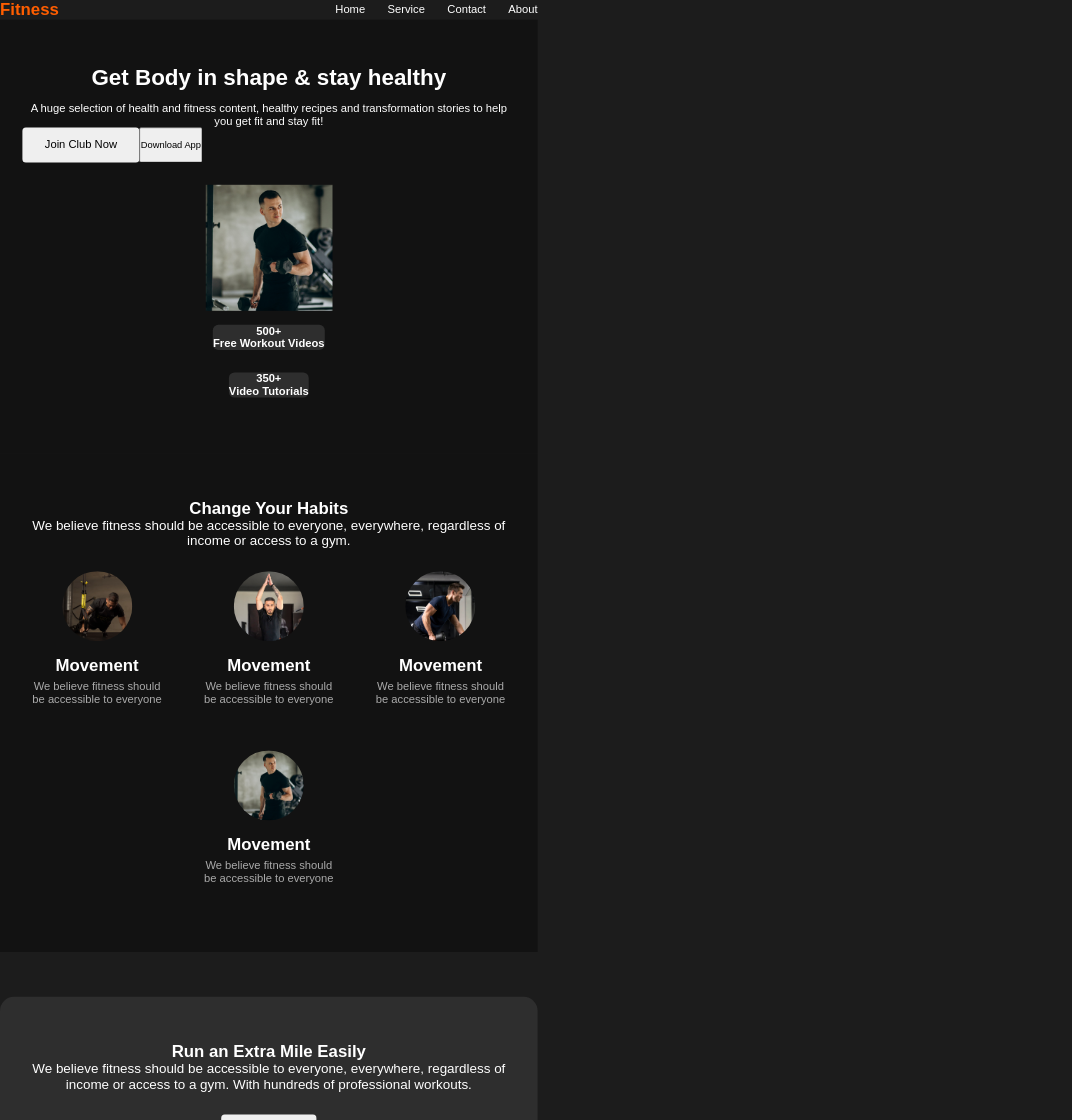
Repository: Aminul-Islam85/Assignment-2
Page: index.html
An editor plug-in stored every save of this project. The page is shown before and after the next save, followed by the edit.
The browser window is 768 px wide. The page is 1532 px wide, so the pictures cover 1532 px, including what lies to the right of the window. The pictures show the part of the page from y = 0 to 1600 px (the page is 7824 px tall before and 7829 px after), at 70% of full size.

Above is the page before, as saved 2024-10-23 17:17:24.

### index.html
<!DOCTYPE html>
<html lang="en">
<head>
    <meta charset="UTF-8">
    <meta name="viewport" content="width=device-width, initial-scale=1.0">
    <title>Fitness Website</title>
    <link rel="stylesheet" href="styles.css">
</head>
<body>

    <nav class="navbar">
        <h1 class="heading-text"></a>Fitness</h1>
        <ul class="nav-links">
            <li><a href="#"></a>Home</li>
            <li><a href="#"></a>Service</li>
            <li><a href="#"></a>Contact</li>
            <li><a href="#"></a>About</li>
        </ul>
        <div class="hamburger">
            <span></span>
            <span></span>
            <span></span>
        </div>
    </nav>

    <section class="hero">
        <div class="hero-content">
            <h1>Get Body in <span class="highlighted">shape</span> & stay healthy</h1>
            <p>A huge selection of health and fitness content, healthy recipes and transformation stories to help you get fit and stay fit!</p>
            <div class="hero-buttons">
                <button class="cta-btn join-btn"> Join Club Now</button>
                <button cta-btn download-btn>Download App</button>
            </div>
        </div>
        <div class="hero-image">
            <img src="images/image 5.png" alt="Trainer">
        </div>

        <div class="info-card workout-card">500+<br>Free Workout Videos</div>
        <div class="info-card tutorial-card">350+<br>Video Tutorials</div>
    </section>

    <section class="habits">
        <h1>Change Your Habits</h1>
        <p>We believe fitness should be accessible to everyone, everywhere, regardless of income or access to a gym.</p>
        <div class="habits-gallery">
            <div class="habit-item">
                <img src="images/image 3.png" alt="Movement">
                <h3>Movement</h3>
                <p>We believe fitness should be accessible to everyone</p>
            </div>
            <div class="habit-item">
                <img src="images/image 2.png" alt="Time">
                <h3>Movement</h3>
                <p>We believe fitness should be accessible to everyone</p>
            </div>
            <div class="habit-item">
                <img src="images/image 4.png" alt="Practice">
                <h3>Movement</h3>
                <p>We believe fitness should be accessible to everyone</p>
            </div>
            <div class="habit-item">
                <img src="images/image 5.png" alt="Wait Loss">
                <h3>Movement</h3>
                <p>We believe fitness should be accessible to everyone</p>
            </div>
        </div>

    </section>

    <section class="extra-mile">
        <div class="extra-mile-content">
            <h2>Run an Extra Mile Easily</h2>
            <p>We believe fitness should be accessible to everyone, everywhere, regardless of income or access to a gym. With hundreds of professional workouts.</p>
            <button class="cta-btn extra-mile-btn">Join NOW</button>
        </div>
        <div class="extra-mile-image">
            <img src="images/run.jpg" alt="Run Image">
        </div>
    </section>

    <section trainings-exercises>
        <h2>Trainings and Exercises</h2>
        <p>We believe fitness should be accessible to everyone, everywhere, regardless of income or access to a gym.</p>
        <div>
            <div class="exercise-item">
                <img src="images/exercise1.jpg" alt="Exercise-1">
                <div exercise-overlay>
                    <p>Lorem Ipsum</p>
                </div>

            </div>
            <div class="exercise-item">
                <img src="images/exercise2.png" alt="Exercise-2">
                <div exercise-overlay>
                    <p>Lorem Ipsum</p>
                </div>
            </div>
            <div class="exercise-item">
                <img src="images/exercise3.png" alt="Exercise-3">
                <div exercise-overlay>
                    <p>Lorem Ipsum</p>
                </div>
            </div>
            <div class="exercise-item">
                <img src="images/exercise4.png" alt="Exercise-4">
                <div exercise-overlay>
                    <p>Lorem Ipsum</p>
                </div>
            </div>
            <div class="exercise-item">
                <img src="images/exercise5.jpg" alt="Exercise-5">
                <div exercise-overlay>
                    <p>Lorem Ipsum</p>
                </div>
            </div>
            <div class="exercise-item">
                <img src="images/run.jpg" alt="">
                <div exercise-overlay>
                    <p>Lorem Ipsum</p>
                </div>
            </div>
        </div>
    </section>

    <section bmi-calculator>
        <div class="bmi-title">
            <h2>BMI Calculator</h2>
            <p>We believe fitness should be accessible to everyone, everywhere, regardless of income or access to a gym.</p>
        </div>
        <div class="bmi-content">
            <div class="bmi-chart">
                <h3>BMI Calculator Chart</h3>
                <table>
                    <thead>
                        <tr>
                            <th>BMI</th>
                            <th>Weight Status</th>
                        </tr>
                    </thead>
                    <tbody>
                        <tr>
                            <td>Below 18.5</td>
                            <td>Underweight</td>
                        </tr>
                        <tr>
                            <td>18.5 - 24.9</td>
                            <td>Healthy</td>
                        </tr>
                        <tr>
                            <td>25.0 - 29.9</td>
                            <td>Overweight</td>
                        </tr>
                        <tr>
                            <td>30.0 - and Above</td>
                            <td>Obese</td>
                        </tr>
                    </tbody>
                </table>
            </div>

            <div>
                <h3>Calculate your BMI</h3>
                <p>We believe fitness should be accessible to everyone, everywhere, regardless of income or access to a gym.</p>
                <form>
                    <input type="text" placeholder="Height/cm">
                    <input type="text" placeholder="Weight/kg">
                    <input type="text" placeholder="Age">
                    <select>
                        <option value="">Sex</option>
                        <option value="">Male</option>
                        <option value="">Female</option>
                    </select>
                    <select>
                        <option value="">Select an activity factor</option>
                        <option value="">Sedentary</option>
                        <option value="">Lightly active</option>
                        <option value="">Moderatly active</option>
                        <option value="">Very active</option>
                    </select>
                </form>
            </div>
        </div>
    </section>

    <section class="team-selection">
        <div class="team-title">
            <h2>Meet Our Team</h2>
            <p>We believe fitness should be accessible to everyone, everywhere, regardless of income or access to a gym.</p>
        </div>
        <div class="team-content">
            <div class="team-member">
                <img src="images/trainer1.png" alt="Jerome Bell">
                <div class="team-overlay">
                    <h3>Jerome Bell</h3>
                    <p>Trainer</p>
                </div>
            </div>
            <div class="team-member">
                <img src="images/trainer2.png" alt="Cameron Williamson">
                <div team-overlay>
                    <h3>Cameron Williamson</h3>
                    <p>Trainer</p>
                </div>
            </div>
            <div class="team-member">
                <img src="images/trainer3.png" alt="Darrell Steward">
                <div team-overlay>
                    <h3>Darrell Steward</h3>
                    <p>Trainer</p>
                </div>
            </div>
            <div class="team-member">
                <img src="images/trainer4.png" alt="Dianne Russell">
                <div team-overlay>
                    <h3>Dianne Russell</h3>
                    <p>Trainer</p>
                </div>
            </div>
            <div class="team-member">
                <img src="images/trainer5.png" alt="Cody Fisher">
                <div team-overlay>
                    <h3>Cody Fisher</h3>
                    <p>Trainer</p>
                </div>
            </div>
            <div class="team-member">
                <img src="images/trainer6.png" alt="Theresa Webb">
                <div team-overlay>
                    <h3>Theresa Webb</h3>
                    <p>Trainer</p>
                </div>
            </div>
        </div>
    </section>

    <footer class="footer-section">
        <div class="footer-content">
            <div class="footer-brand">
                <h2 class="footer-logo">Fitness</h2>
                <p>We believe fitness should be accessible to everyone, everywhere, regardless of income or access to a gym.</p>
            </div>
            <div class="footer-links">
                <h3>Get Startted</h3>
                <ul>
                    <li><a href="#">Service</a></li>
                    <li><a href="#">Contact Us</a></li>
                    <li><a href="#">Affiliate Program</a></li>
                    <li><a href="#">About Us</a></li>
                </ul>

            </div>
            <div class="footer-links">
                <h3>Get Started</h3>
                <ul>
                    <li><a href="#">Fitness</a></li>
                    <li><a href="#">Platform</a></li>
                    <li><a href="#">Workout Library</a></li>
                    <li><a href="#"></a>App Design</li>
                </ul>
            </div>
        </div>
    </footer>
</body>
</html>

### styles.css
/*Global Styles*/
* {
    margin: 0;
    padding: 0;
    box-sizing: border-box;
}

body {
    font-family: 'Arial', sans-serif;
    background-color:#1c1c1c;
    color: #fff;
}

/*Navbar*/
.navbar {
    display: flex;
    justify-content: space-between;
    align-items: center;
    padding: 1 rem 2 rem;
    background-color: transparent;
}

.heading-text {
    font-size: 1.5rem;
    color: #ff5e00;
}

/*nav-link hidden in moble*/
.nav-links {
    list-style: none;
    display: flex;
    gap: 2rem;
}

.nav-links a {
    color: #fff;
    text-decoration: none;
    font-size: 1rem;
}

/*Hamburger menu hidden in desktop*/
.hamburger {
    display: none;
    flex-direction: column;
    cursor: pointer;
}

.hamburger span {
    width: 25px;
    height: 3px;
    background-color: #fff;
    margin: 4px;
    transition: 0.3s;
}

/*responsiveness*/

@media (max-width: 768) {
    .nav-links {
        display: none;
    }
    .hamburger {
        display: flex;
    }
    /*hamburger clicked show nav-links*/
    .navbar.active .nav-links {
        display: flex;
        flex-direction: column;
        position: absolute;
        top: 60px;
        right: 0;
        background-color: #12121212;
        width: 100%;
        height: auto;
        text-align: center;
        padding: 1rem;
    }
    .nav-links li {
        margin: 1rem 0;
    }
}

/* Hero section*/
.hero {
    display: flex;
    justify-content: space-between;
    align-items: center;
    padding: 4rem 2rem;
    background-color: #121212;
    position: relative;
}
.hero-content {
    max-width: 50%;
}

.hero h1 {
    font-size: 3rem;
    line-height: 1.2;
    margin-bottom: 1rem;
}

.hero.highlighted {
    font-style: italic;
    font-weight: 700;
    color: #ff5e00;
}

hero p {
    font-size: 1.2rem;
    margin-bottom: 2rem;
}

.hero-buttons {
    display: flex;
    gap: irem;
}

.cta-btn {
    padding: 1rem 2rem;
    font-size: 1rem;
    border: none;
    border-radius: 5px;
    cursor: pointer;
}

.join.btn {
    background-color: #ff5e00;
    color: #fff;
}

.download-btn {
    background-color: transparent;
    border: 2px solid #fff;
    color: #fff;
}

.hero-image img {
    max-width: 100%;
    height: auto;
}

/*Info Cards*/
.info-card {
    position: absolute;
    background-color: #2e2e2e;
    color: white;
    border-radius: 8px;
    padding: 1re 1.5rem;
    font-size: 1.2rem;
    font-weight: bold;
    text-align: center;
}

.workout-card {
    top: 30%;
    right: 10%;
}

.tutorial-card {
    top: 60%;
    left: 55%;
}

/*Hero reponsive for mobile*/
@media (max-width: 768px) {
.hero {
    flex-direction: column;
    text-align: center;
}
.hero-content {
    max-width: 100%;
    margin-bottom: 2rem;
}
.hero-image img {
    max-width: 100%;
    height: auto;
}
.info-card {
    font-size: 1rem;
    padding: 0.75rem 1 rem;
    position: relative;
    margin: 1rem auto;
    width: auto;
}
.workout-card, .tutorial-card {
    top: auto;
    left: auto;
    right: auto;
    transform: none;
    margin-bottom: 1rem;
 }
}

/*Hero Buttons on mobile*/
@media (max-width:480px) {
    .hero-buttons {
        flex-direction: column;
        gap: 1rem;
    }
    .cta-btn {
        width: 100%;
    }
}

/*Change habit section*/
.habits {
    padding: 4rem 2rem;
    text-align: center;
    background-color: #121212;
}

.habits h2 {
    font-size: 2.5rem;
    margin-bottom: 1rem;
}

.habits p {
    font-size: 1.2rem;
    margin-bottom: 2rem;
}

.habits-gallery {
    display: flex;
    justify-content: space-around;
    align-items: center;
    flex-wrap: wrap;
    gap: 2rem;
}

.habit-item {
    text-align: center;
    max-width: 200px;
}

.habit-item img {
    width: 100px;
    height: 100px;
    border-radius: 50%;
    margin-bottom: 1rem;
}

.habit-item h3 {
    font-size: 1.5rem;
    margin-bottom: 0.5rem;
}
.habit-item p {
    font-size: 1rem;
    color: #aaa;
}

/*Extra mile section*/
.extra-mile {
    display: flex;
    justify-content: space-between;
    align-items: center;
    background-color: #2e2e2e;
    padding: 4rem 2rem;
    border-radius: 20px;
    margin: 4rem 0;
}

.extra-mile-content {
    max-width: 50%;
}
extra-mile h2 {
    font-size: 2.5rem;
    margin-bottom: 1rem;
}
.extra-mile p {
    font-size: 1.2rem;
    margin-bottom: 2rem;
}
.extra-mile btn {
    background-color: #ff5e00;
    color: white;
    border: none;
    padding: 1rem 2rem;
    border-radius: 5px;
    cursor: pointer;
}
.extra-mile image img {
    border-radius: 10px;
    max-width: 100%;
}
/*Footer*/
footer {
    text-align: center;
    padding: 1rem;
    background-color: #333;
    color: #fff;
    margin-top: 2rem;
}
/*responsive design*/
@media (max-width: 768px) {
    .hero h1 {
        font-size: 2rem;
    }
    .hero p {
        font-size: 1rem;
    }
    .extra-mile {
        flex-direction: column;
        text-align: center;
    }
    .extra-mile-content, .extra-mile-image {
        max-width: 100%;
    }
}

@media (max-width: 480px) {
    hero h1 {
        font-size: 1.5rem;
    }
    .hero p {
        font-size: 0.9rem;
    }
}

/* Trainings and Exercise*/
.trainings-exercises {
    padding: 4rem 2rem;
    text-align: center;
    background-color: #121212;
}

.trainings-exercises h2 {
    font-size: 2.5rem;
    margin-bottom: 1rem;
}
.trainings-exercises p {
    font-size: 1.2rem;
    margin-bottom: 2rem;
    color: #aaa;
}
.exercise-gallery {
    display: grid;
    grid-template-columns: repeat(3, 1fr);
    gap: 1rem;
}
.exercise-item {
    position: relative;
}
.exercise-item img {
    width: 100%;
    height: auto;
    border-radius: 10px;
}
.exercise-overlay {
    position: absolute;
    top: 0;
    left: 0;
    width: 100%;
    height: 100%;
    background-color: rgba(0, 0, 0, 0.5);
    color: white;
    display: flex;
    justify-content: center;
    align-items: center;
    opacity: 0;
    transition: opacity 0.3s ease;
    border-radius: 10px;
}
.exercise-item:hover .exercise-overlay {
    opacity: 1;
}
.exercise-overlay p {
    font-size: 1.2rem;
    text-align: center;
}

/*BMI*/
.bmi-calculator {
    background-color: #121212;
    padding: 4rem 2rem;
}
.bmi-title {
    text-align: center;
    margin-bottom: 2rem;
}
.bmi-title h2 {
    font-size: 2.5rem;
    margin-bottom: 1rem;
    color: #fff;
}
.bmi-title p {
    font-size: 1.2rem;
    color: #aaa;
}

/*calculator*/
.bmi-content {
    display: flex;
    justify-content: space-between;
    align-items: flex-start;
    background-color: #121212;
    padding: 2rem;
    border-radius: 20px;
}
.bmi-chart {
    flex: 1;
    margin-right: 2rem;
}
.bmi-chart h3 {
    color:#fff;
    margin-bottom: 1rem;
}
.bmi-chart table {
    width: 100%;
    border-collapse: collapse;
}
.bmi-chart table th, .bmi-chart table td {
    padding: 1rem;
    text-align: left;
    border: 1px solid #fff;
    color: #fff;
}
.bmi-form {
    flex: 1;
}
bmi-form h3 {
    color: #fff;
    margin-bottom: 1rem;
}
bmi-form p {
    margin-bottom: 2rem;
    color: #aaa;
}
.bmi-form input, .bmi-form select {
    width: 100%;
    padding: 1rem;
    margin-bottom: 1rem;
    border-radius: 5px;
    border: none;
    background-color: #333;
    color: #fff;
}
.bmi-form select {
    cursor: pointer;
}
.bmi-form, .calculate-btn {
    width: 100%;
    padding: 1rem 2rem;
    border-radius: 5px;
    border: none;
    background-color: #ff5e00;
    color: white;
    cursor: pointer;
    text-align: center;
}

/*responsiveness*/
@media (max-width: 768px) {
    .bmi-content {
        flex-direction: column;
    }
    .bmi-chart {
        margin-right: 0;
        margin-bottom: 2rem;
    }
}

/*Meet our team*/
.team-selection {
    background-color: #121212;
    padding: 4rem 2rem;
}
.team-title {
    text-align: center;
    margin-bottom: 2rem;
}
.team-title h2 {
    font-size: 2.5rem;
    margin-bottom: 1rem;
    color: #fff;
}
.team-title p {
    font-size: 1.2rem;
    color: #aaa;
}

/*Team-content*/
.team-content {
    display: grid;
    grid-template-columns: repeat(3,1fr);
    gap: 1.5rem;
    background-color: #2e2e2e;
    padding: 2rem;
    border-radius: 20px;
}
.team-member {
    position: relative;
    border-radius: 10px;
    overflow: hidden;
}
.team-member img {
    width: 100%;
    height: auto;
    border-radius: 10px;
}
.team-overlay {
    position: absolute;
    bottom: 0;
    left: 0;
    width: 100%;
    background-color: rgba(0, 0, 0, 0.5);
    color: white;
    padding: 1rem;
    text-align: center;
    transition: background-color 0.3s ease;
}
.team-member:hover .team-overlay {
    background-color: rgba(0, 0, 0, 0.7);
}
.team-overlay h3 {
    margin: 0;
    font-size: 1.2rem;
}
.team-overlay p {
    margin: 0.5rem 0 0;
    font-size: 0.9rem;
}

/*responsive design*/
@media (max-width: 768px) {
    .team.content {
        grid-template-columns: repeat(2, 1fr);
    }
}

@media (max-width: 480px) {
    .team.content {
        grid-template-columns: 1fr;
    }
}

/*footer section*/
.footer-section {
    background-color: #2e2e2e;
    padding: 4rem 2rem;
    color: #fff;
}
.footer-content {
    display: flex;
    justify-content: space-between;
    align-items: flex-start;
    margin-bottom: 2rem;
}
.footer-logo {
    font-size: 2.5rem;
    color: #ff5e00;
}
.footer-content p {
    max-width: 300px;
    color: #aaa;
}
.footer-links {
    display: flex;
    flex-direction: column;
}
.footer-links h3 {
    margin-bottom: 1rem;
}
.footer-links ul {
    list-style: none;
    padding: 0;
}
.footer-links li {
    margin-bottom: 0.5rem;
}
.footer-links a {
    color: #fff;
    text-decoration: none;
    transition: 0.3s ease;
}
.footer-links a:hover {
    color: #ff5e00;
}
.footer-bottom {
    text-align: center;
    padding-top: 1rem;
    border-top: 1px solid #444;
    color: #aaa;
}

/*rensiveness*/
@media (max-width: 768px) {
    .footer-content {
        flex-direction: column;
        text-align: center;
    }
    .footer-links {
        margin-top: 2rem;
    }
}

After the next save:
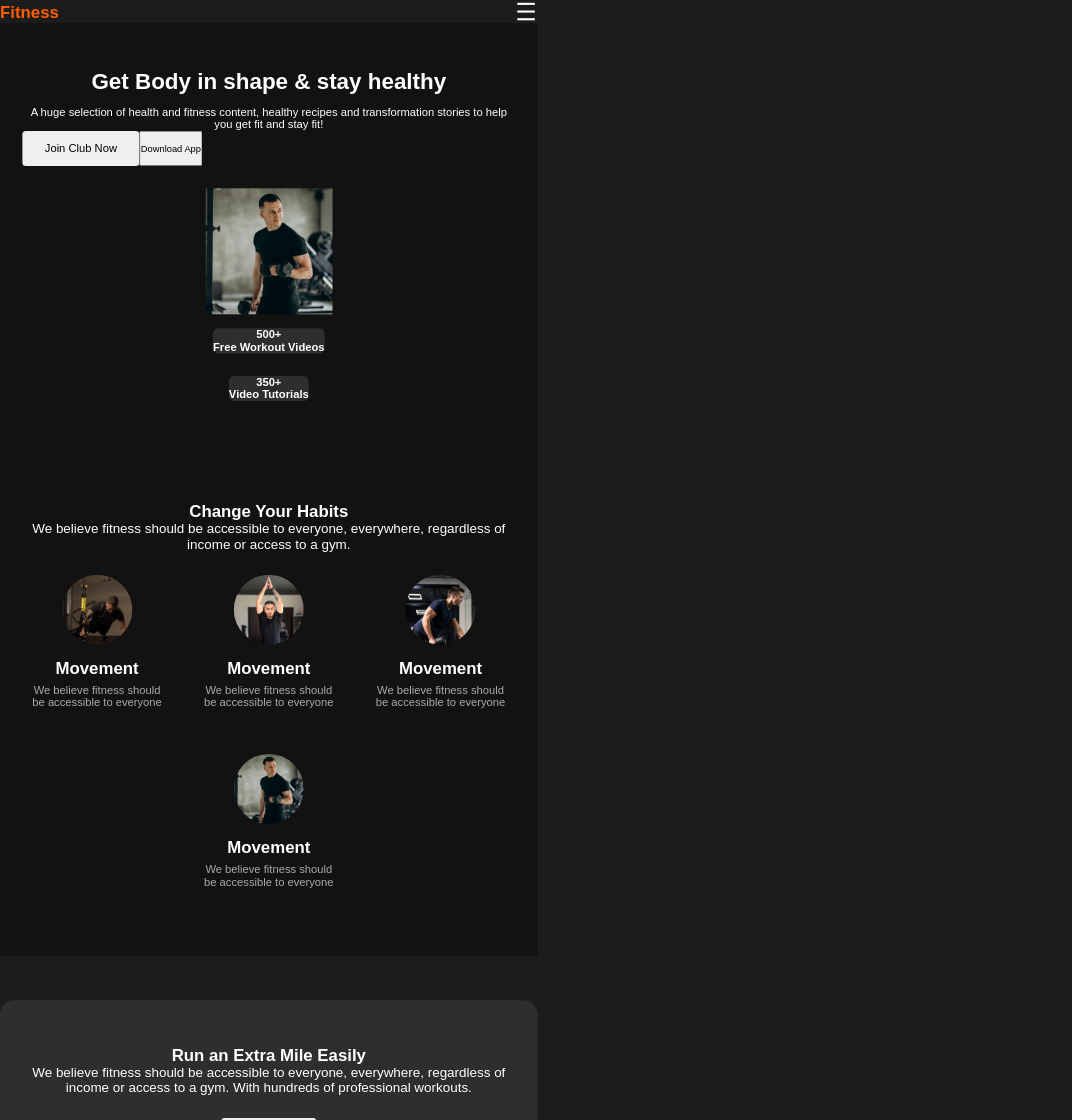
Saved 2 min 6 s later.
--- a/styles.css
+++ b/styles.css
@@ -55,7 +55,7 @@ body {
 
 /*responsiveness*/
 
-@media (max-width: 768) {
+@media (max-width: 768px) {
     .nav-links {
         display: none;
     }
